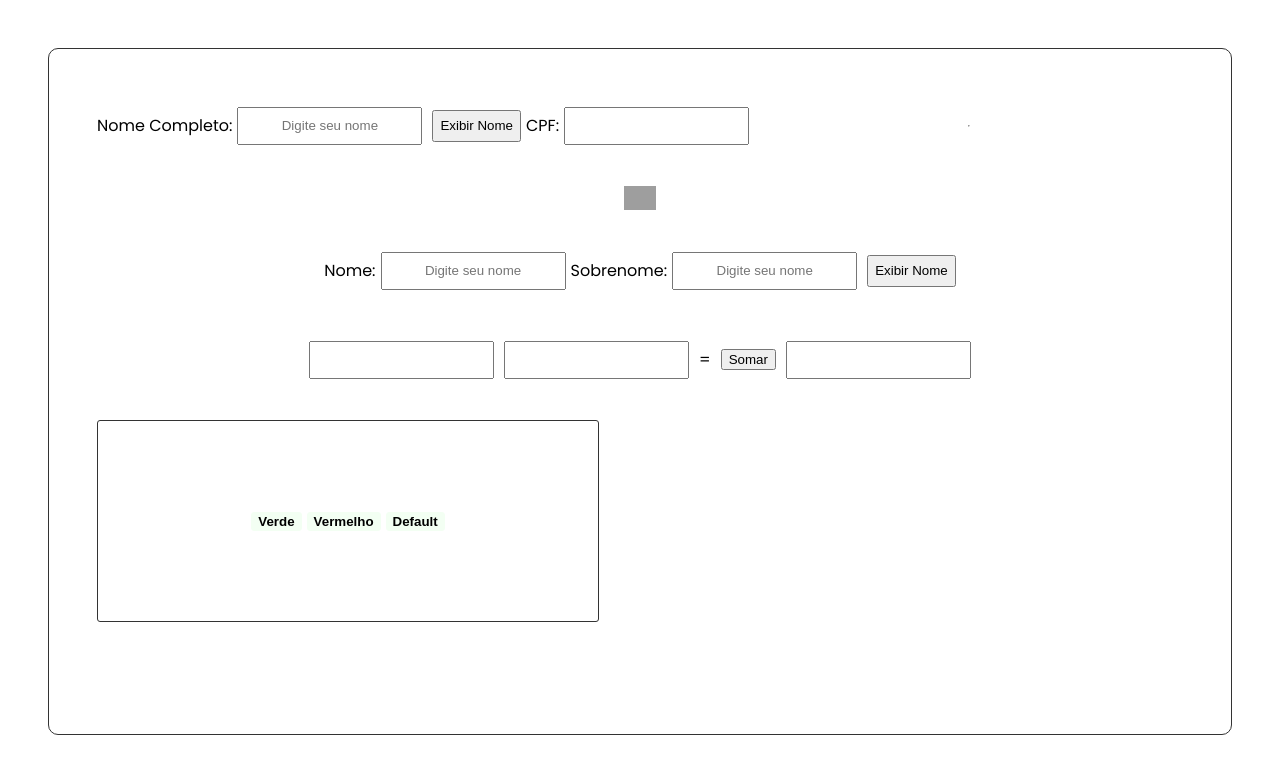
Repository: guilhermecardoso93/exerciciosjs
Page: index.html
The author's editor kept a copy of each file at every save. The page is drawn from the files as they stood at one save, then again after the next save.
The browser window is 1280 px wide. The pictures show the whole page.
Pictures or frames that could not be fetched are drawn as grey boxes.

Above is the page before, as saved 2023-05-21 15:23:28.

### index.html
<!DOCTYPE html>
<html lang="pt-Br">
  <head>
    <meta charset="UTF-8" />
    <meta http-equiv="X-UA-Compatible" content="IE=edge" />
    <meta name="viewport" content="width=device-width, initial-scale=1.0" />
    <link rel="preconnect" href="https://fonts.googleapis.com" />
    <link rel="preconnect" href="https://fonts.gstatic.com" crossorigin />
    <link rel="stylesheet" href="styles.css" />
    <link
      href="https://fonts.googleapis.com/css2?family=Poppins:wght@400;500&display=swap"
      rel="stylesheet"
    />
    <title>40 - exercícios de JS</title>
  </head>
  <body>
    <div class="NameDiv">
      <p>Nome Completo:</p>
      <input type="text" name="name" id="name" placeholder="Digite seu nome" />
      <br />
      <input type="button" value="Exibir Nome" id="exibir-nome" />
      <p>CPF:</p>
      <input maxlength="14" id="cpf" />
      <hr />
    </div>
    <div>
      <img id="lamp" src="https://www.w3schools.com/js/pic_bulboff.gif" />
    </div>
    <div class="fullNameDiv">
      <p>Nome:</p>
      <input
        type="text"
        name="name-2"
        id="name-2"
        placeholder="Digite seu nome"
      />
      <p>Sobrenome:</p>
      <input
        type="text"
        name="fullname"
        id="fullname"
        placeholder="Digite seu nome"
      />
      <br />
      <input type="button" value="Exibir Nome" id="exibir-nome-convidado" />
    </div>
    <div>
      <input type="text" id="number-1" maxlength="5" /><br /><br />
      <input type="text" id="number-2" maxlength="5" /><br />
      <p>=</p>
      <br />

      <button id="buttonSoma">Somar</button><br /><br />

      <input type="text" id="result" maxlength="5" />
    </div>
    <div id="container">
      <button id="greenButton">Verde</button>
      <button id="redButton">Vermelho</button>
      <button id="defaultButton">Default</button>
    </div>
    <div id="resultado">

    </div>
  </body>
  <script src="./script.js"></script>
</html>

### styles.css
body {
  font-family: "Poppins", sans-serif;
  margin: 3rem;
  border: 1px solid #333;
  border-radius: 10px;
  padding: 3rem;
}

main {
  margin: 0 auto;
  align-items: center;
  justify-content: center;
}

#lamp {
  cursor: pointer;
  cursor: hand;
  width: 2rem;
}

body input {
  height: 2rem;
  text-align: center;
}

div {
  display: flex;
  gap: 5px;
  align-items: center;
  justify-content: center;
  margin-bottom: 2rem;
}

#container {
  display: flex;
  gap: 5px;
  align-items: center;
  justify-content: center;

  width: 500px;
  height: 200px;
  border: 1px solid #333;
  border-radius: 3px;
}

#container button {
  border: 1px solid #f3fff3;
  border-radius: 3px;
  background-color: #f3fff3;
  font-weight: bold;
}

### script.js
//alert('Hello World!');
const conta = `valor de 2 + 2 é`;
//alert(`${conta} ${2 + 2}` )

const buttonShowName = document.getElementById("exibir-nome");

buttonShowName.addEventListener("click", () => {
  const inputValue = document.getElementById("name").value;
  alert(`Meu nome Completo é ${inputValue}`);
  alert(`A quantidade de letras no seu nome é de ${inputValue.length}`);
});

function turnOnOff() {
  var image = document.getElementById("lamp").src;
  var lampOn = "https://www.w3schools.com/js/pic_bulbon.gif";
  var lampOff = "https://www.w3schools.com/js/pic_bulboff.gif";

  if (image == lampOn) {
    document.getElementById("lamp").src = lampOff;
  } else {
    document.getElementById("lamp").src = lampOn;
  }
}
document.getElementById("lamp").addEventListener("mouseover", turnOnOff);
//document.getElementById("lamp").addEventListener("click", turnOnOff);

const buttonShowFullName = document.getElementById("exibir-nome-convidado");

buttonShowFullName.addEventListener("click", () => {
  const inputValueName = document.getElementById("name-2").value;
  const inputValueFullName = document.getElementById("fullname").value;
  alert(`Meu nome Completo é ${inputValueName} ${inputValueFullName}`);
});

const cpf = document.querySelector("#cpf");

cpf.addEventListener("keyup", () => {
  let value = cpf.value
    .replace(/[^0-9]/g, "")
    .replace(/^([\d]{3})([\d]{3})?([\d]{3})?([\d]{2})?/, "$1.$2.$3-$4");

  cpf.value = value;
});

  const number1 = document.getElementById('number-1');
  const number2 = document.getElementById('number-2');
  const resultField = document.getElementById("result");
  const buttonSomar = document.getElementById("buttonSoma");


  buttonSomar.addEventListener("click", () => {
    somaTotal();
  });

function somaTotal() {
  let number1Value = parseInt(number1.value);
  let number2Value = parseInt(number2.value);

  const soma = number1Value + number2Value

  document.getElementById('result').value = soma
}

//comentário

/*----------------------------------------------------------------
----------------------------------------------------------------
*/

function changeBackGreen(){
  let container = document.getElementById('container');
  container.style.backgroundColor = '#0a7d12'
}

function changeBackRed(){
  let container = document.getElementById('container');
  container.style.backgroundColor = '#ee0f0f'
}

function changeBack(){
  let container = document.getElementById('container');
  container.style.backgroundColor = ''
}

const greenButton = document.getElementById('greenButton').addEventListener('click', () => {
  changeBackGreen();
});
const redButton = document.getElementById('redButton').addEventListener('click', () => {
  changeBackRed();
});

const defaultButton = document.getElementById('defaultButton').addEventListener('click', () => {
  changeBack();
});

window.onload = function() {
  alert('Esse texto foi inserido pelo JavaScript...')
};

After the next save:
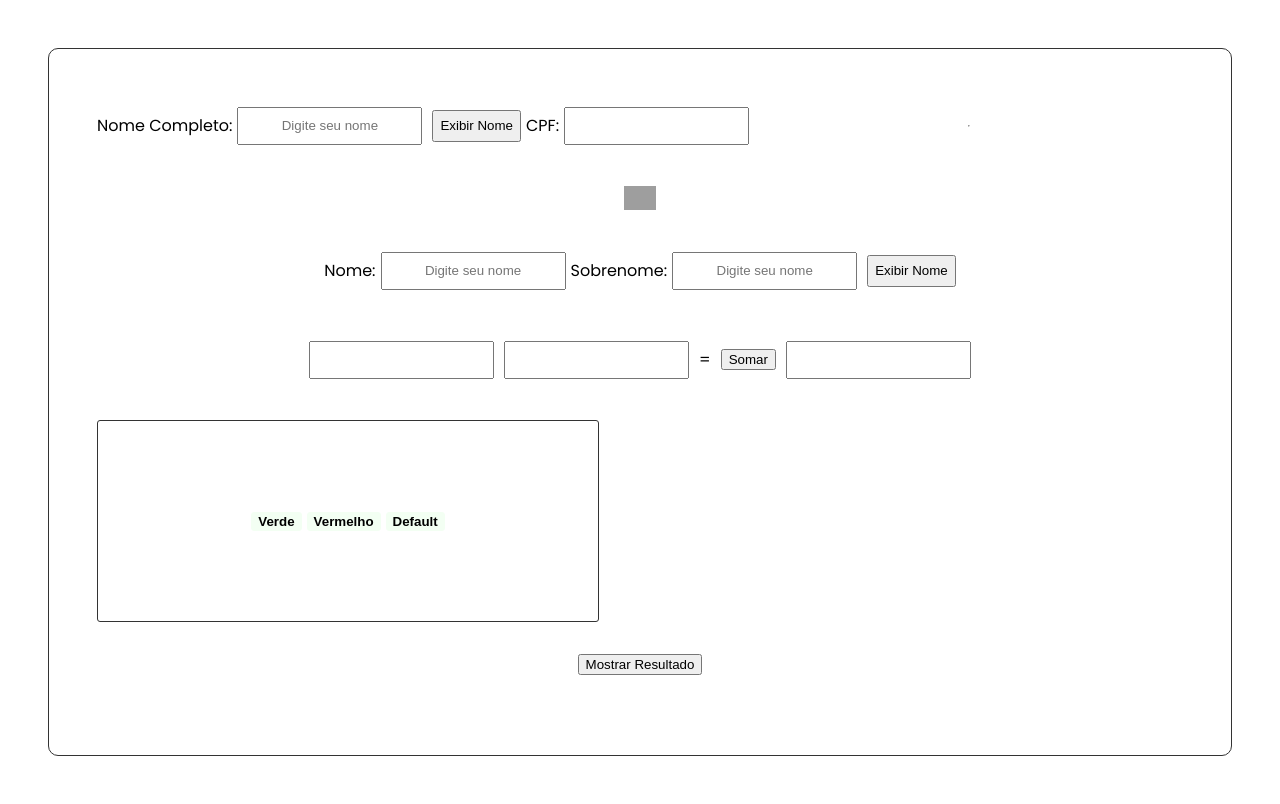
Saved 62 s later.
--- a/index.html
+++ b/index.html
@@ -10,7 +10,7 @@
     <link
       href="https://fonts.googleapis.com/css2?family=Poppins:wght@400;500&display=swap"
       rel="stylesheet"
-    />
+      />
     <title>40 - exercícios de JS</title>
   </head>
   <body>
@@ -33,14 +33,14 @@
         name="name-2"
         id="name-2"
         placeholder="Digite seu nome"
-      />
+        />
       <p>Sobrenome:</p>
       <input
         type="text"
         name="fullname"
         id="fullname"
         placeholder="Digite seu nome"
-      />
+        />
       <br />
       <input type="button" value="Exibir Nome" id="exibir-nome-convidado" />
     </div>
@@ -60,7 +60,7 @@
       <button id="defaultButton">Default</button>
     </div>
     <div id="resultado">
-
+      <button id="resultadoButton">Mostrar Resultado</button>
     </div>
   </body>
   <script src="./script.js"></script>
